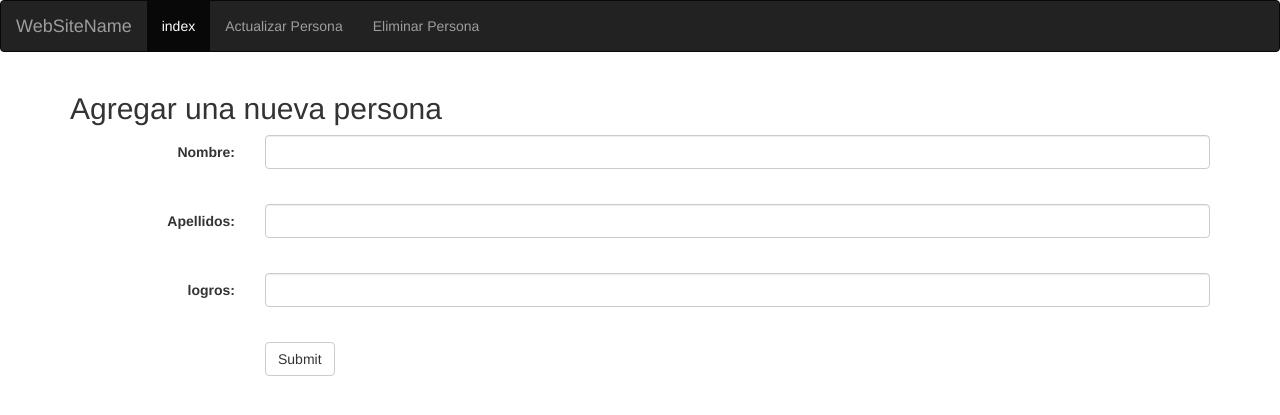
Repository: UAQJavaEveris/ProyectoFinalJuanCarlos
Page: http://localhost/WebCliente/
The author's editor kept a copy of each file at every save. The page is drawn from the files as they stood at one save, then again after the next save.
The browser window is 1280 px wide. The pictures show the whole page.
Some web libraries are served in a nearby version. The page is served by Tomcat 9.

Above is the page before, as saved 2016-12-10 04:11:05.

After the next save:
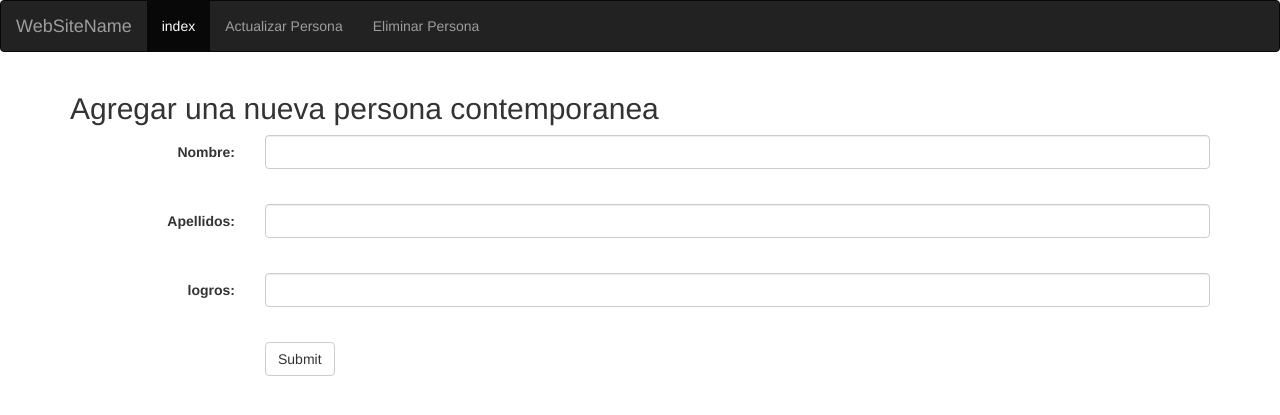
Saved 114 s later.
--- a/WebCliente/WebContent/index.jsp
+++ b/WebCliente/WebContent/index.jsp
@@ -25,7 +25,7 @@
   </div>
 </nav>
 <div class="container">
-<h2>Agregar una nueva persona </h2>
+<h2>Agregar una nueva persona contemporanea </h2>
 <form  class="form-horizontal" action="Controller" method="Post">
 <div class="form-group">
      <label class="control-label col-sm-2" for="nombre">Nombre:</label>
